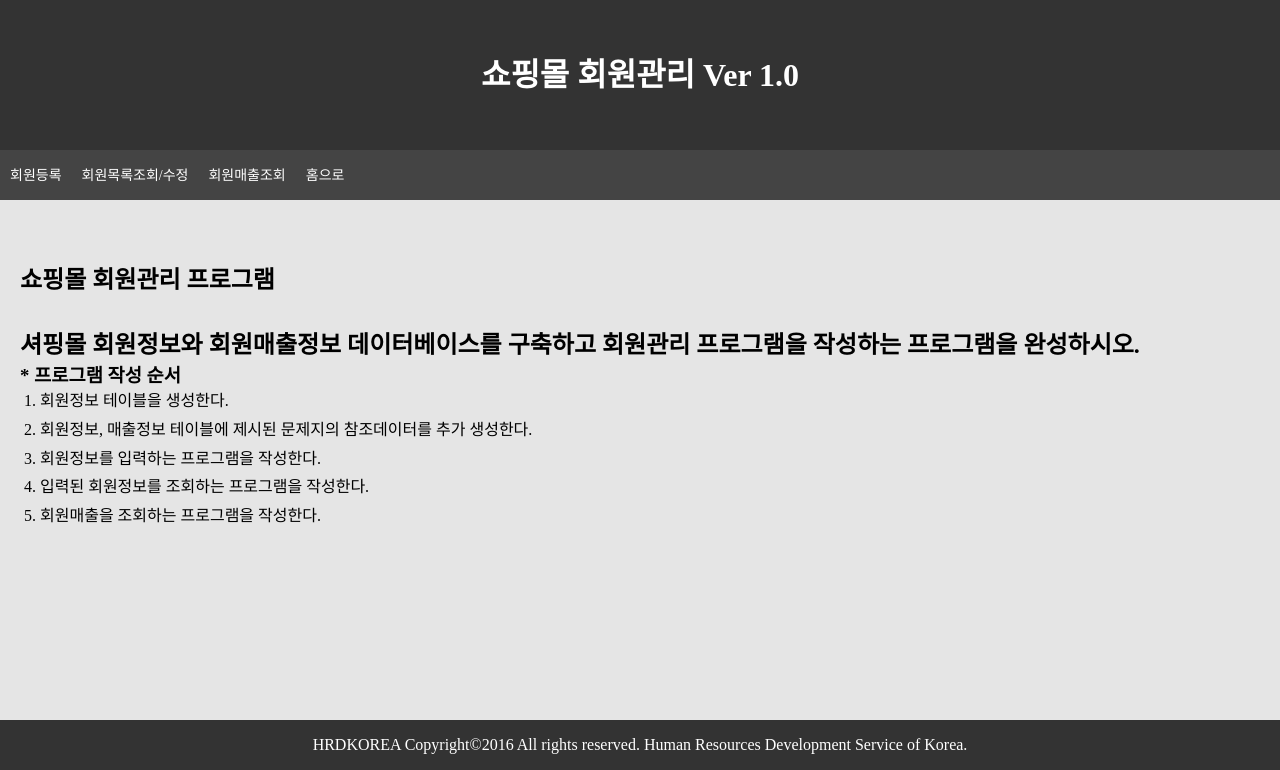
Repository: jeongbin5211/shop_jsp_project
Page: http://localhost/HRD_003/
These files come from the project's save history. The page is drawn as it stood at one moment and after the next save; the edit follows.
The browser window is 1280 px wide. The pictures show the whole page.
The page is served by Tomcat 9. Other server files are loaded and not shown.

Above is the page before, as saved 2023-12-27 15:51:22.

### source/HRD_003/src/main/webapp/index.jsp
<%@ page language="java" contentType="text/html; charset=UTF-8"
    pageEncoding="UTF-8"%>
<!DOCTYPE html>
<html>
<head>
<meta charset="UTF-8">
<title>홈쇼핑 회원관리 시스템</title>
<link href="css/style.css" rel="stylesheet">
</head>
<body>
	<header>
		<h1>쇼핑몰 회원관리 Ver 1.0</h1>
		<nav>
			<ul>
				<li>
					<a href="add.jsp">회원등록</a>
				</li>
				<li>
					<a href="list.jsp">회원목록조회/수정</a>
				</li>
				<li>
					<a href="result.jsp">회원매출조회</a>
				</li>
				<li>
					<a href="index.jsp">홈으로</a>
				</li>
			</ul>
		</nav>
	</header>
	<section>
		<h1>쇼핑몰 회원관리 프로그램</h1>
		<div class="main">
			<h2>셔핑몰 회원정보와 회원매출정보 데이터베이스를 구축하고 회원관리 프로그램을 작성하는 프로그램을 완성하시오.</h2>
			<h3>* 프로그램 작성 순서</h3>
			<ol>
				<li>회원정보 테이블을 생성한다.</li>
				<li>회원정보, 매출정보 테이블에 제시된 문제지의 참조데이터를 추가 생성한다.</li>
				<li>회원정보를 입력하는 프로그램을 작성한다.</li>
				<li>입력된 회원정보를 조회하는 프로그램을 작성한다.</li>
				<li>회원매출을 조회하는 프로그램을 작성한다.</li>
			</ol>
		</div>
	</section>
	<footer>
		<p>HRDKOREA Copyright&copy;2016 All rights reserved. Human Resources Development Service of Korea.</p>
	</footer>
</body>
</html>

### source/HRD_003/src/main/webapp/css/style.css
@charset "UTF-8";

	* {
		margin: 0;
		padding: 0;
		box-sizing: border-box;
	}

	a {
		color: #fff;
		text-decoration: none;
		font-size: 14px;
	}

	header {
		background-color: #333;
	}

	header h1 {
		text-align: center;
		color: #fff;
		height: 150px;
		line-height: 150px;
	}

	header nav {
		background-color: #444;
		height: 50px;
		line-height: 50px;
	}

	header ul {
		list-style: none;
		display: flex;
	}

	header ul li {
		margin: 0 10px;
	}

	.container {
		width: 600px;
		margin: 0 auto;
	}

	section {
		height: calc(100vh - 150px - 50px);
		background-color: #e5e5e5;
		padding: 30px 20px;
	}

	section h1 {
		padding: 30px 0;
	}

	section ol {
		margin-left: 20px;
		line-height: 1.8;
	}

	table {
		width: 100%;
		border-collapse: collapse;
	}

	th, td {
		padding: 5px;
		border: 1px solid #333;
	}

	input[type=text] {
		padding: 5px;
	}

	tr:last-child {
		text-align: center;
	}

	footer {
		background-color: #333;
		height: 50px;
		line-height: 50px;
	}

	footer p {
		text-align: center;
		color: #fff;
	}

After the next save:
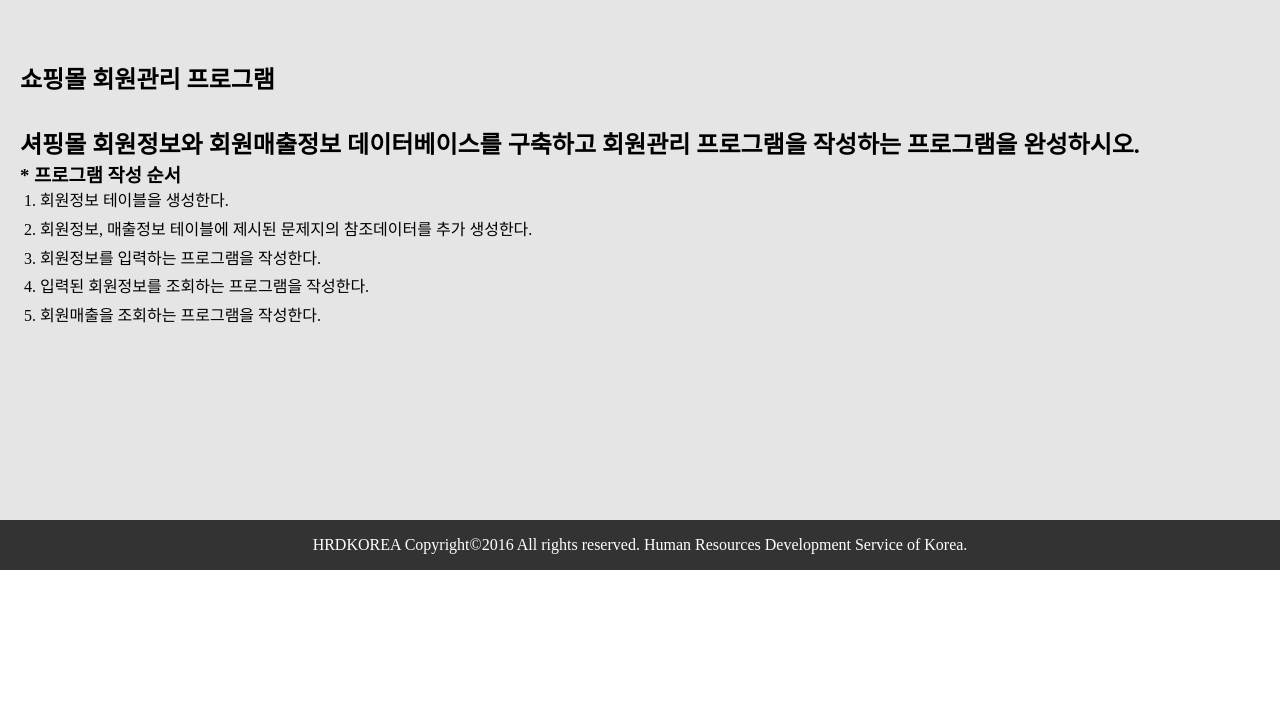
Saved 8 s later.
--- a/source/HRD_003/src/main/webapp/index.jsp
+++ b/source/HRD_003/src/main/webapp/index.jsp
@@ -8,25 +8,7 @@
 <link href="css/style.css" rel="stylesheet">
 </head>
 <body>
-	<header>
-		<h1>쇼핑몰 회원관리 Ver 1.0</h1>
-		<nav>
-			<ul>
-				<li>
-					<a href="add.jsp">회원등록</a>
-				</li>
-				<li>
-					<a href="list.jsp">회원목록조회/수정</a>
-				</li>
-				<li>
-					<a href="result.jsp">회원매출조회</a>
-				</li>
-				<li>
-					<a href="index.jsp">홈으로</a>
-				</li>
-			</ul>
-		</nav>
-	</header>
+
 	<section>
 		<h1>쇼핑몰 회원관리 프로그램</h1>
 		<div class="main">
